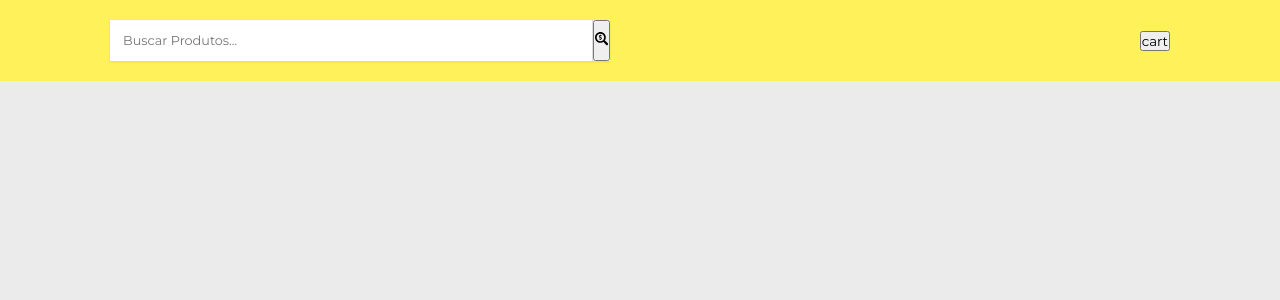
Repository: Gab23Oli/Projeto-de-Conclus-o---Shopping-Cart
Page: /
The author's editor kept a copy of each file at every save. The page is drawn from the files as they stood at one save, then again after the next save.
The browser window is 1280 px wide. The pictures show the whole page.
The project was rebuilt for these pictures with package versions that can differ from the ones it lists, and the page was loaded fresh each time.

Above is the page before, as saved 2024-01-25 13:15:32.

### public/index.html
<!DOCTYPE html>
<html lang="en">
  <head>
    <meta charset="utf-8" />
    <meta name="viewport" content="width=device-width, initial-scale=1" />
    <title>Shopping Cart</title>
  </head>
  <body>
    <noscript>You need to enable JavaScript to run this app.</noscript>
    <div id="root"></div>
  </body>
</html>

### src/index.css
@import url('https://fonts.googleapis.com/css2?family=Montserrat:ital,wght@0,100;0,200;0,300;0,400;0,500;0,600;0,700;0,800;0,900;1,100;1,200;1,300;1,400;1,500;1,600;1,700;1,800;1,900&display=swap');

* {
  margin: 0;
  padding: 0;
  box-sizing: border-box;
  font-family: "Montserrat", sans-serif;
}

body {
  background-color: #ebebeb ;
}

.container {
  max-width: 1100px;
  margin: 0 auto;
}

### src/App.js
import React from "react";
import Header from "./components/Header/Header";

function App() {
  return (
    <div>
      <Header />
    </div>
  );
}

export default App;

### src/components/Header/Header.jsx
import React from "react";
import SearchBar from "./SearchBar/SearchBar";

import "./Header.css";

function Header () {
  return (
    <header className="header">
      <div className="container">
        <SearchBar />
        <button>cart</button>
      </div>
    </header>
  );
}

export default Header;

### src/components/Header/SearchBar/SearchBar.jsx
import React from "react";
import { FaSearchDollar } from "react-icons/fa";

import "./SearchBar.css";

function SearchBar() {
  return (
    <form className="search-bar">
      <input type="search" placeholder="Buscar Produtos..." className="search__input" required/>
      <button type="submit" className="search__button">
        <FaSearchDollar />
      </button>
    </form>
  );
}

export default SearchBar;

### src/components/Header/Header.css
.header {
  background-color: #fff159;
  position: fixed;
  width: 100%;
}

.header > div {
  display: flex;
  justify-content: space-between;
  align-items: center;
  padding: 20px;
}

### src/components/Header/SearchBar/SearchBar.css
.search-bar {
  display: flex;
  background-color: white;
  width: 100%;
  max-width: 500px;
  justify-content: space-between;
  box-shadow: 0 1px 2px 0 rgba(0, 0, 0, 0.1);
}

.search__input {
  padding: 13px;
  flex-grow: 1;
  border:none;
  outline: none;
  font-size: 0.8rem;
  font-weight: 500px;
  border-right: 1px solid #ddd;
}

.search__buttom {
  background: none;
  border: none;
  font-size: 1rem;
  display: flex;
  align-items: center;
  justify-content: center;
  color:#333
}

Loaded but not shown: src/index.js (common file)

After the next save:
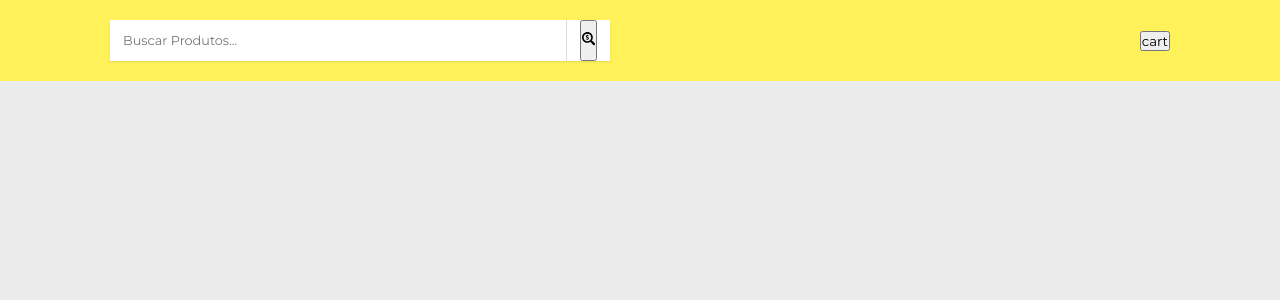
Saved 5 min 31 s later.
--- a/src/components/Header/SearchBar/SearchBar.css
+++ b/src/components/Header/SearchBar/SearchBar.css
@@ -5,6 +5,8 @@
   max-width: 500px;
   justify-content: space-between;
   box-shadow: 0 1px 2px 0 rgba(0, 0, 0, 0.1);
+  gap: 13px;
+  padding-right: 13px;
 }
 
 .search__input {
